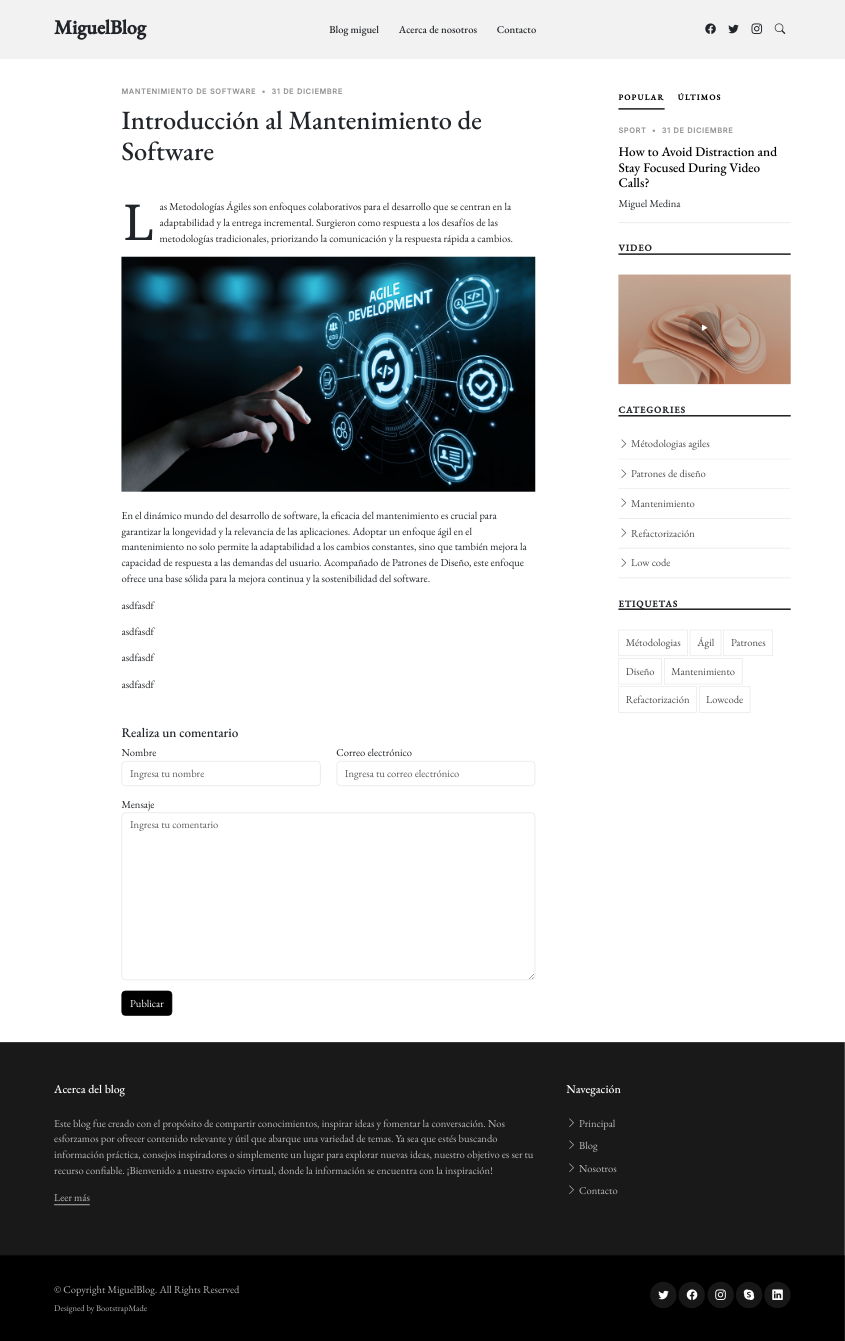
Repository: MiguelDev5/blog-miguel
Page: post-m.html
The author's editor kept a copy of each file at every save. The page is drawn from the files as they stood at one save, then again after the next save.
The browser window is 1280 px wide. The pictures show the whole page, at 66% of full size.
Some web fonts or font styles are not loaded; a fallback is used.

Above is the page before, as saved 2024-01-01 20:43:41.

After the next save:
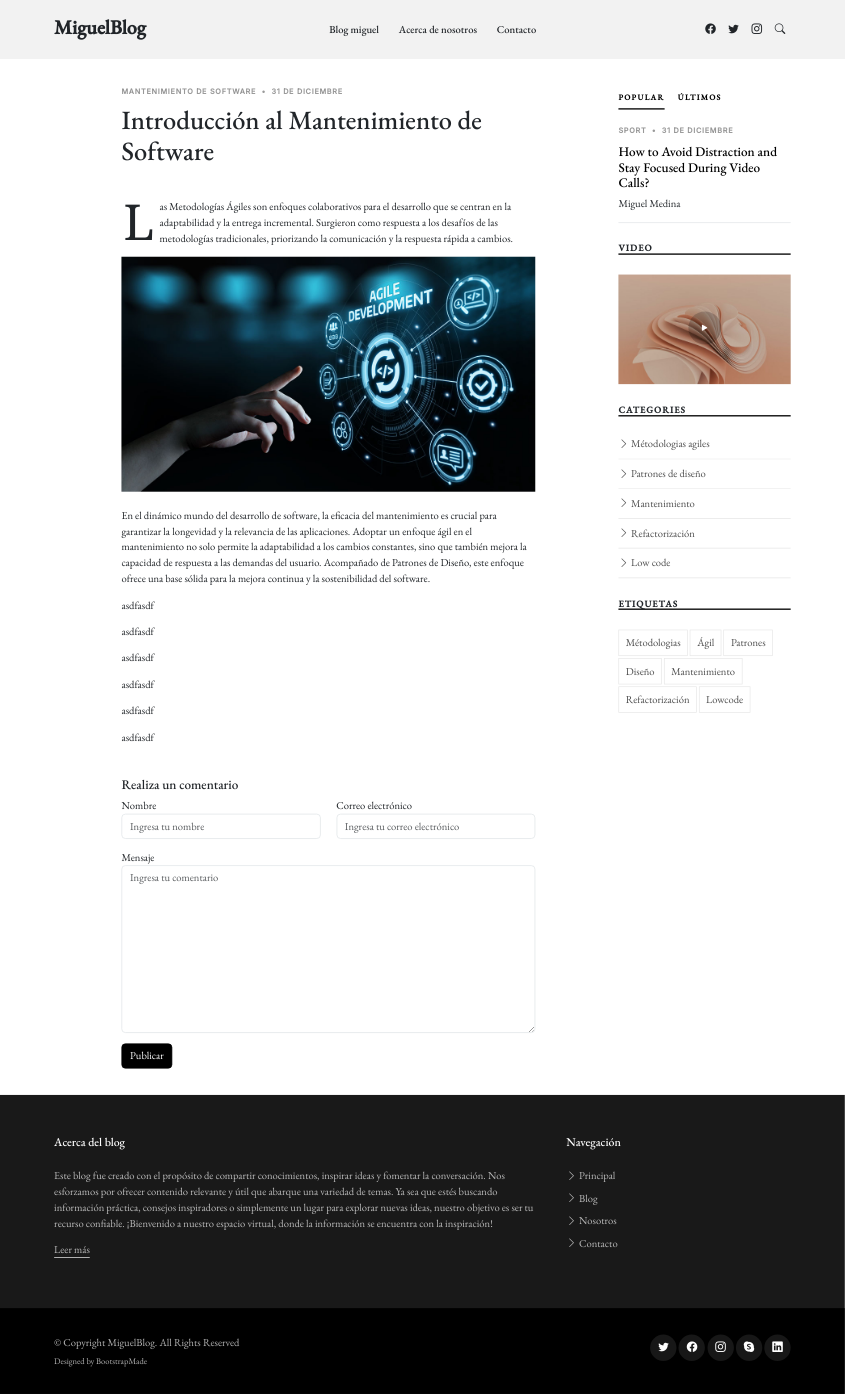
Saved 17 s later.
--- a/post-m.html
+++ b/post-m.html
@@ -99,6 +99,8 @@
               </div>
               <br/>
               <p>En el dinámico mundo del desarrollo de software, la eficacia del mantenimiento es crucial para garantizar la longevidad y la relevancia de las aplicaciones. Adoptar un enfoque ágil en el mantenimiento no solo permite la adaptabilidad a los cambios constantes, sino que también mejora la capacidad de respuesta a las demandas del usuario. Acompañado de Patrones de Diseño, este enfoque ofrece una base sólida para la mejora continua y la sostenibilidad del software.</p>
+              <p>asdfasdf</p>
+              <p>asdfasdf</p>
               <p>asdfasdf</p>
               <p>asdfasdf</p>
               <p>asdfasdf</p>
